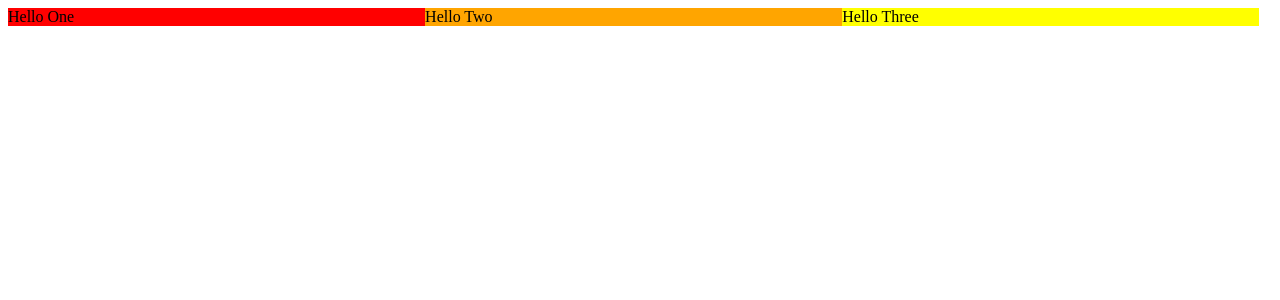
Repository: kchia/nycod14-class-demo
Page: index-2.html
The author's editor kept a record of every edit. The page is drawn from the files as they stood at one moment, then again after the next edit.
The browser window is 1280 px wide. The pictures show the whole page.
The pointer rests on the first visible `.hello`.

Above is the page before.

### index-2.html
<!DOCTYPE html>
<html>
    <head>
        <title>Example Page 2</title>
        <style>
            .container {
                display: flex;
                flex-direction: row;
            }
            .hello {
                width: 33%;
            }
            .hello:first-child {
                background-color: red;
            }
            .hello:nth-child(2) {
                background-color: orange;
            }
            .hello:last-child {
                background-color: yellow;
            }

        </style>
    </head>
    <body>
        <div class="container">
            <div class="hello">Hello One</div>
            <div class="hello">Hello Two</div>
            <div class="hello">Hello Three</div>
        </div>
    </body>
</html>

After the next edit:
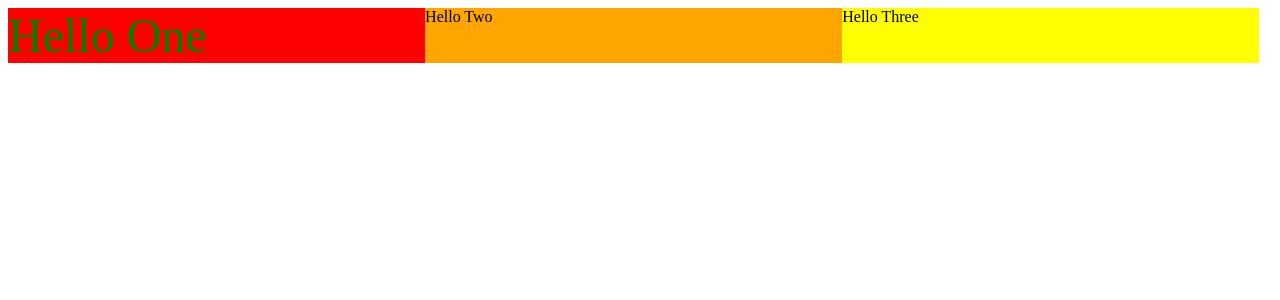
The edit:
--- a/index-2.html
+++ b/index-2.html
@@ -19,7 +19,10 @@
             .hello:last-child {
                 background-color: yellow;
             }
-
+            .hello:hover {
+                color: green;
+                font-size: 48px;
+            }
         </style>
     </head>
     <body>
